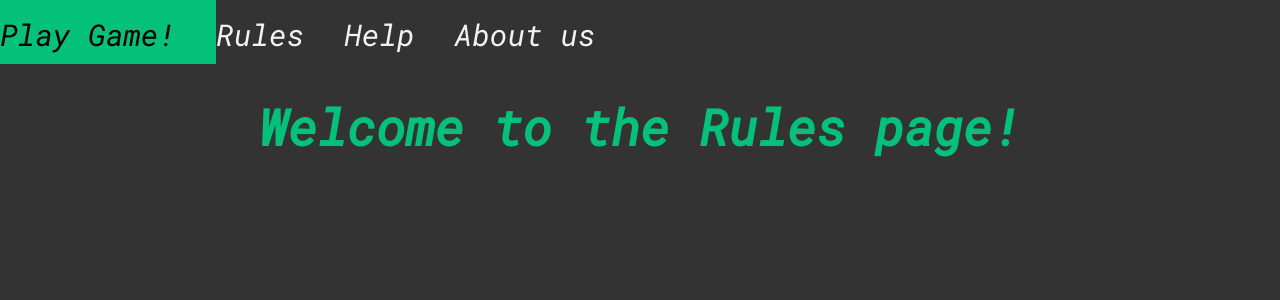
Repository: Ascendrospyder/rock-paper-scissors
Page: rulesPage.html
An editor plug-in stored every save of this project. The page is shown before and after the next save, followed by the edit.
The browser window is 1280 px wide. The pictures show the whole page.

Above is the page before, as saved 2022-12-26 11:59:20.

After the next save:
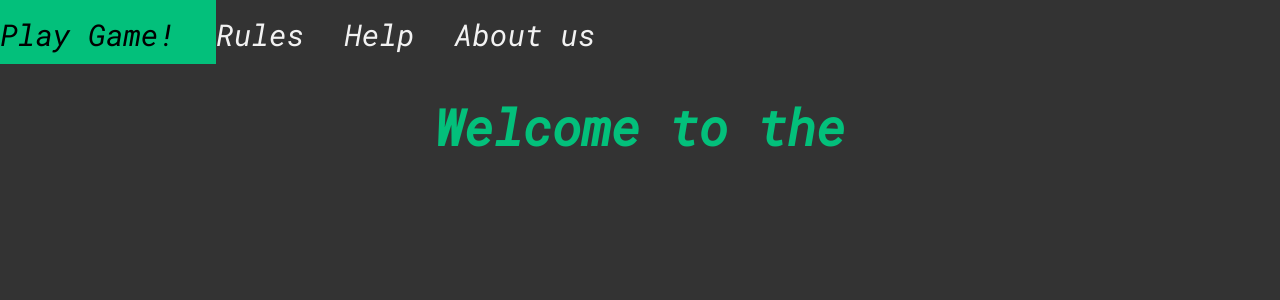
Saved 36 s later.
--- a/rulesPage.html
+++ b/rulesPage.html
@@ -20,7 +20,7 @@
       </nav>
 
     <div class = "title">
-        <h1 class = "heading">Welcome to the Rules page!</h1>
+        <h1 class = "heading">Welcome to the <span class = "Rules page!</h1>
     </div>
 </body>
 </html>

After the 2 saves that followed:
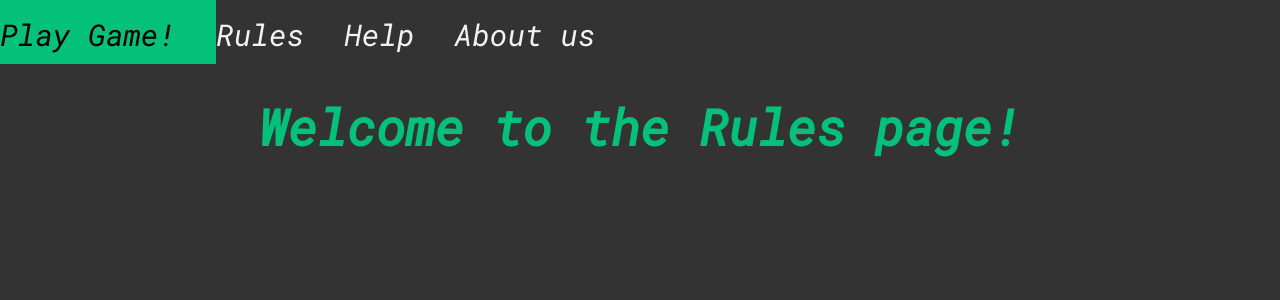
The 2 saves are shown as one change because they came seconds apart.
The last was saved 7 s later.
--- a/rulesPage.html
+++ b/rulesPage.html
@@ -20,7 +20,7 @@
       </nav>
 
     <div class = "title">
-        <h1 class = "heading">Welcome to the <span class = "Rules page!</h1>
+        <h1 class = "heading">Welcome to the <span class = "multicoloured"></span>Rules page!</h1>
     </div>
 </body>
 </html>
